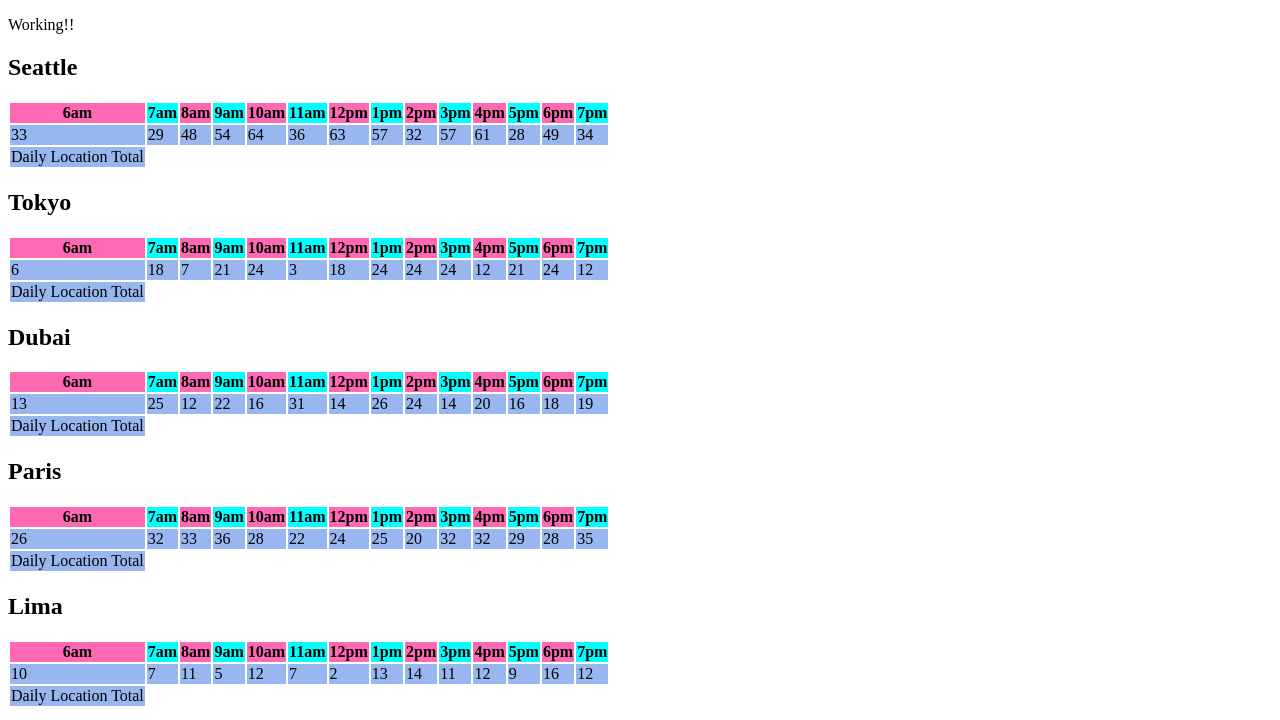
Repository: aaron1986/cookie_stand
Page: sales.html
An editor plug-in stored every save of this project. The page is shown before and after the next save, followed by the edit.
The browser window is 1280 px wide. The pictures show the whole page.

Above is the page before, as saved 2023-09-26 14:15:37.

After the next save:
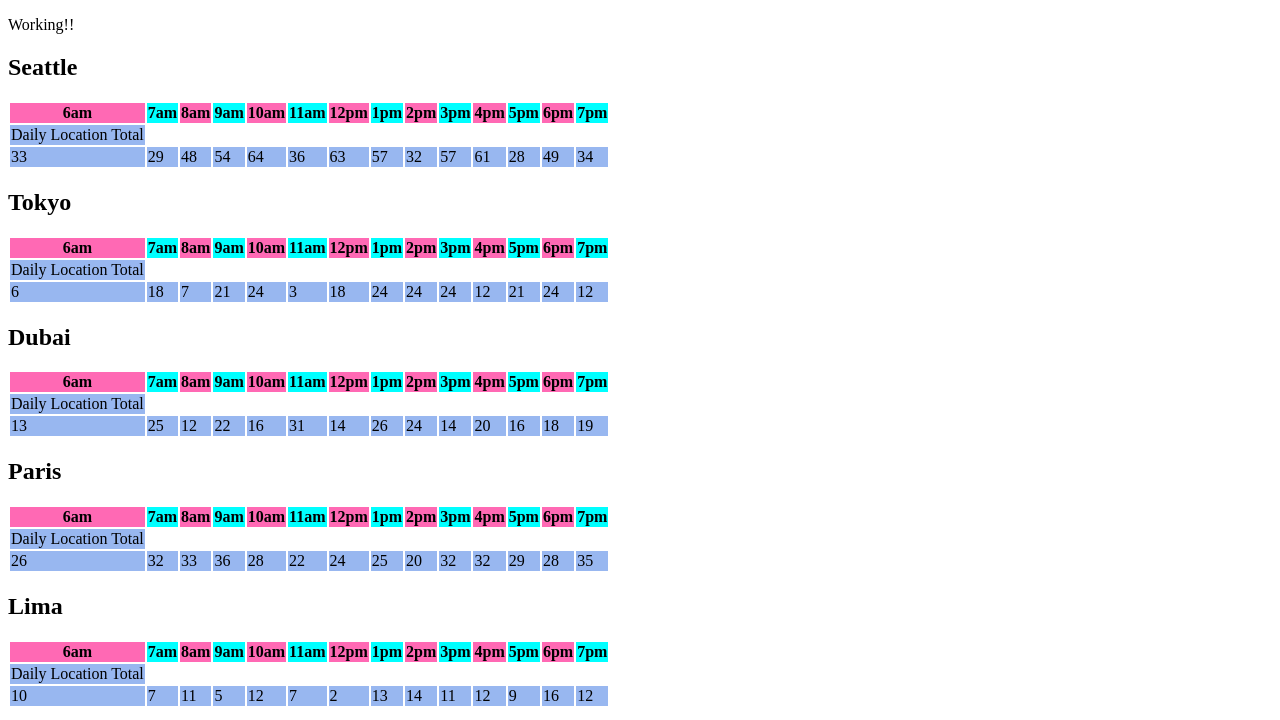
Saved 19 s later.
--- a/app.js
+++ b/app.js
@@ -89,10 +89,10 @@ function createShopLocation(locationData) {
 
 
 
-
+        tbody.appendChild(totalRow);
     tbody.appendChild(dataRow);
     table.appendChild(tbody);
-tbody.appendChild(totalRow);
+
     article.appendChild(table);
     shopLocationHtml.appendChild(article);
 }
